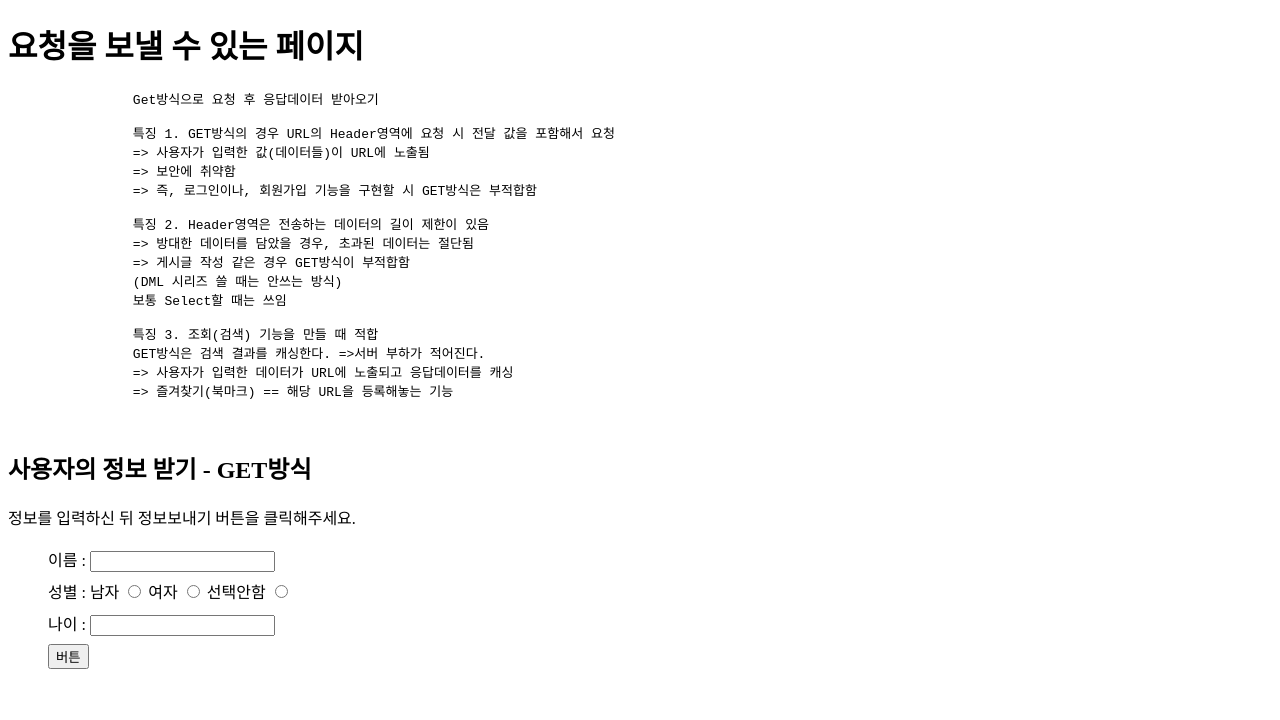
Repository: ham-zi/front-practice
Page: dynamic-workspace/MyFirstWebProject/src/main/webapp/views/request_get.html
An editor plug-in stored every save of this project. The page is shown before and after the next save, followed by the edit.
The browser window is 1280 px wide. The pictures show the whole page.

Above is the page before, as saved 2026-05-04 05:13:13.

After the next save:
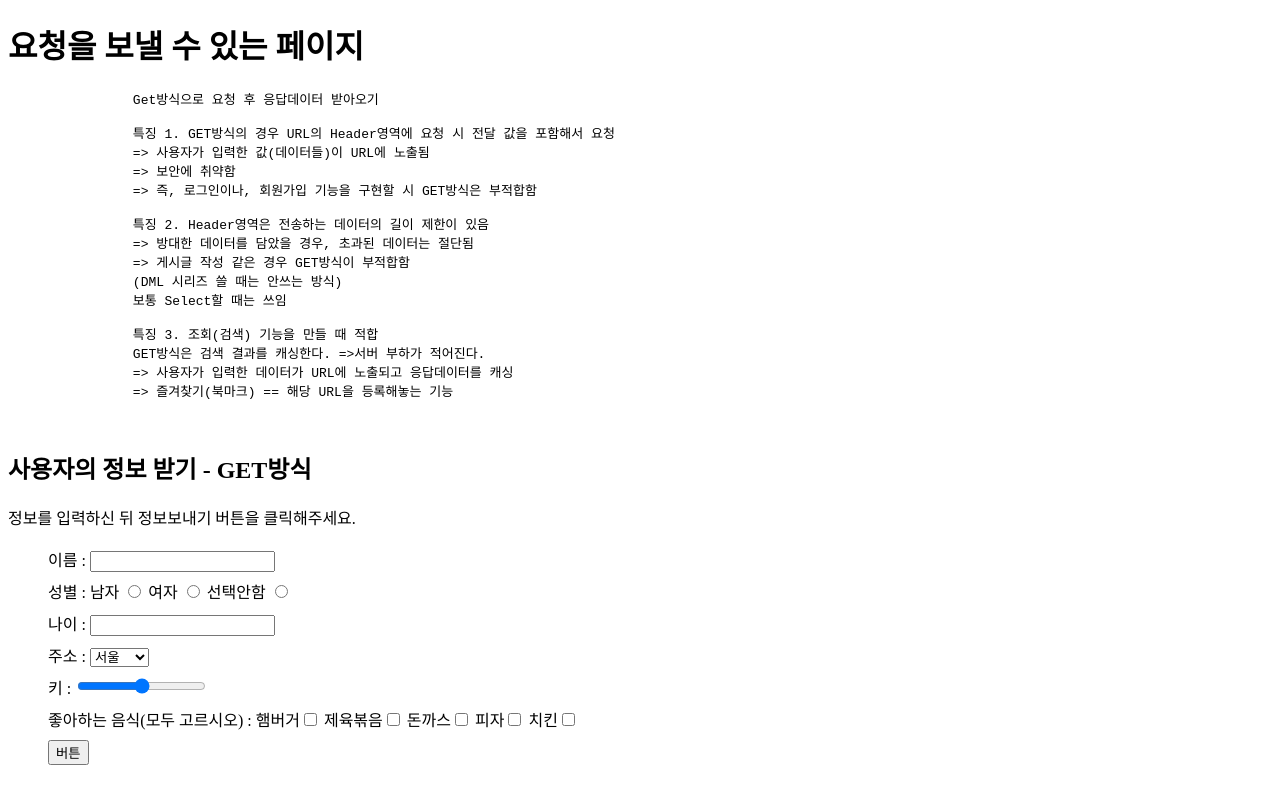
Saved 6 min 30 s later.
--- a/dynamic-workspace/MyFirstWebProject/src/main/webapp/views/request_get.html
+++ b/dynamic-workspace/MyFirstWebProject/src/main/webapp/views/request_get.html
@@ -56,9 +56,24 @@
 			<li>
 				나이 : <input type="number" name="age"/>
 			</li>
-			<li>  </li>
-			<li>  </li>
-			<li>  </li>
+			<li>
+				주소 :
+				<select name="city">
+					<option value="서울">서울</option> <!-- selected속성이되면 value값이 넘억나다 -->
+					<option value="제주도">제주도</option>
+				</select>
+			</li>
+			<li>
+				키 : <input type="range" min="130" max="220" name="height"/>
+			</li>
+			<li>
+				좋아하는 음식(모두 고르시오) :
+				햄버거<input type="checkbox" name="food" value="햄버거"/>
+				제육볶음<input type="checkbox" name="food" value="제육볶음"/>
+				돈까스<input type="checkbox" name="food" value="돈까스"/>
+				피자<input type="checkbox" name="food" value="피자"/>
+				치킨<input type="checkbox" name="food" value="치킨"/>
+			</li>
 			<li>
 				<button type="submit"> 버튼 </button>
 			</li>
